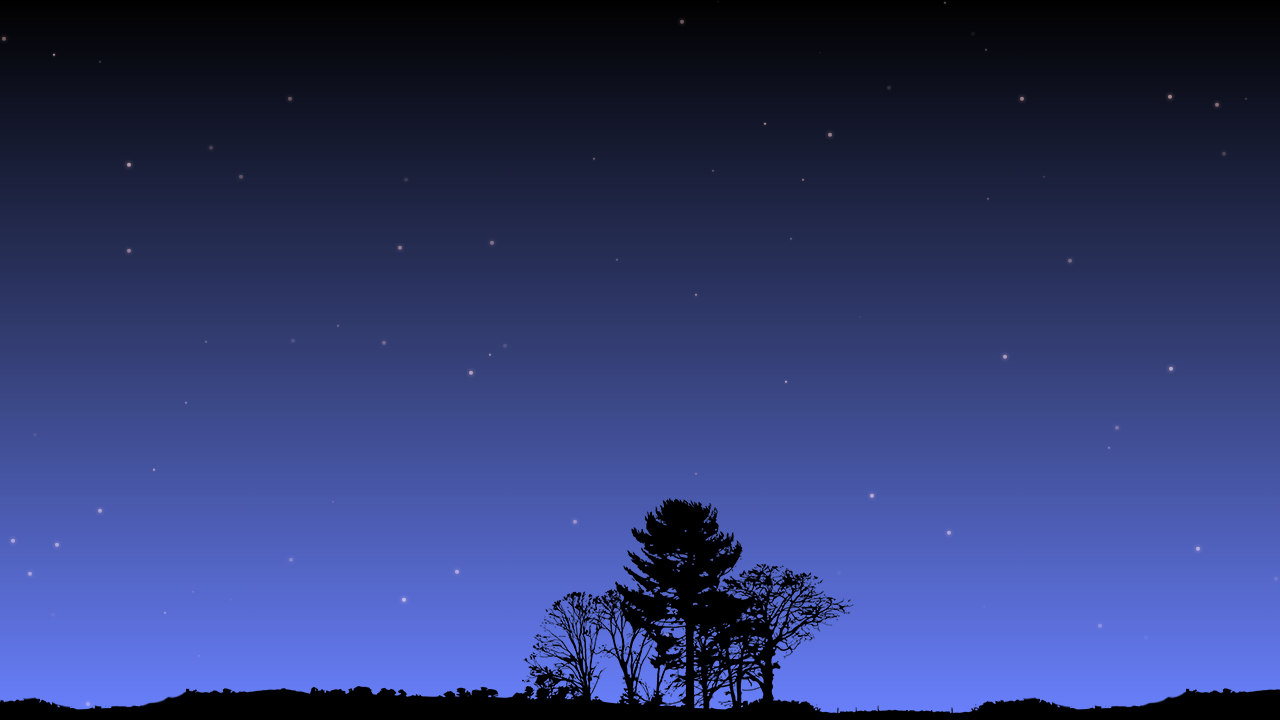
Repository: TiffanyDonner/animated-start-background
Page: index.html
The author's editor kept a record of every edit. The page is drawn from the files as they stood at one moment, then again after the next edit.
The browser window is 1280 px wide. The pictures show the whole page.

Above is the page before.

### index.html
<!DOCTYPE html>
<html lang="en">

<head>
  <meta charset="UTF-8">
  <title>Tiffany Donner - Entrepreneur, Sales Coach and Full Stack Developer</title>
  <link rel="stylesheet" href="https://stackpath.bootstrapcdn.com/bootstrap/4.3.1/css/bootstrap.min.css" type="text/css" />
  <link rel="stylesheet" href="./style.css">

</head>


<body>
  <!-- partial:index.partial.html -->
  <div class="landscape"></div>
  <div class="filter"></div>
  <canvas id="canvas"></canvas>
  <!-- partial -->
  <script src='https://codepen.io/Thibka/pen/ZKeddV.js'></script>
  <script src="./script.js"></script>



</body>

</html>

### script.js
function Star(id, x, y) {
	this.id = id;
	this.x = x;
	this.y = y;
	this.r = Math.floor(Math.random() * 2) + 1;
	var alpha = (Math.floor(Math.random() * 10) + 1) / 10 / 2;
	this.color = "rgba(255,255,255," + alpha + ")";
}

Star.prototype.draw = function() {
	ctx.fillStyle = this.color;
	ctx.shadowBlur = this.r * 2;
	ctx.beginPath();
	ctx.arc(this.x, this.y, this.r, 0, 2 * Math.PI, false);
	ctx.closePath();
	ctx.fill();
}

Star.prototype.move = function() {
	this.y -= .15 + params.backgroundSpeed / 100;
	if (this.y <= -10) this.y = HEIGHT + 10;
	this.draw();
}


function Dot(id, x, y, r) {
	this.id = id;
	this.x = x;
	this.y = y;
	this.r = Math.floor(Math.random() * 5) + 1;
	this.maxLinks = 2;
	this.speed = .5;
	this.a = .5;
	this.aReduction = .005;
	this.color = "rgba(255,255,255," + this.a + ")";
	this.linkColor = "rgba(255,255,255," + this.a / 4 + ")";

	this.dir = Math.floor(Math.random() * 140) + 200;
}

Dot.prototype.draw = function() {
	ctx.fillStyle = this.color;
	ctx.shadowBlur = this.r * 2;
	ctx.beginPath();
	ctx.arc(this.x, this.y, this.r, 0, 2 * Math.PI, false);
	ctx.closePath();
	ctx.fill();
}

Dot.prototype.link = function() {
	if (this.id == 0) return;
	var previousDot1 = getPreviousDot(this.id, 1);
	var previousDot2 = getPreviousDot(this.id, 2);
	var previousDot3 = getPreviousDot(this.id, 3);
	if (!previousDot1) return;
	ctx.strokeStyle = this.linkColor;
	ctx.moveTo(previousDot1.x, previousDot1.y);
	ctx.beginPath();
	ctx.lineTo(this.x, this.y);
	if (previousDot2 != false) ctx.lineTo(previousDot2.x, previousDot2.y);
	if (previousDot3 != false) ctx.lineTo(previousDot3.x, previousDot3.y);
	ctx.stroke();
	ctx.closePath();
}

function getPreviousDot(id, stepback) {
	if (id == 0 || id - stepback < 0) return false;
	if (typeof dots[id - stepback] != "undefined") return dots[id - stepback];
	else return false; //getPreviousDot(id - stepback);
}

Dot.prototype.move = function() {
	this.a -= this.aReduction;
	if (this.a <= 0) {
		this.die();
		return
	}
	this.color = "rgba(255,255,255," + this.a + ")";
	this.linkColor = "rgba(255,255,255," + this.a / 4 + ")";
	this.x = this.x + Math.cos(degToRad(this.dir)) * (this.speed + params.dotsSpeed / 100),
		this.y = this.y + Math.sin(degToRad(this.dir)) * (this.speed + params.dotsSpeed / 100);

	this.draw();
	this.link();
}

Dot.prototype.die = function() {
	dots[this.id] = null;
	delete dots[this.id];
}


var canvas = document.getElementById('canvas'),
	ctx = canvas.getContext('2d'),
	WIDTH,
	HEIGHT,
	mouseMoving = false,
	mouseMoveChecker,
	mouseX,
	mouseY,
	stars = [],
	initStarsPopulation = 80,
	dots = [],
	dotsMinDist = 2,
	params = {
		maxDistFromCursor: 50,
		dotsSpeed: 0,
		backgroundSpeed: 0
	};
//---------------------------------------Controller for speed and size
//var gui;
//gui = new dat.GUI();
//gui.add(params, 'maxDistFromCursor').min(0).max(100).step(10).name('Size');
//gui.add(params, 'dotsSpeed').min(0).max(100).step(.5).name('Speed');
//gui.add(params, 'backgroundSpeed').min(0).max(150).step(1).name('Sky speed');
//gui.open();

setCanvasSize();
init();


function setCanvasSize() {
	WIDTH = document.documentElement.clientWidth,
		HEIGHT = document.documentElement.clientHeight;

	canvas.setAttribute("width", WIDTH);
	canvas.setAttribute("height", HEIGHT);
}

function init() {
	ctx.strokeStyle = "white";
	ctx.shadowColor = "white";
	for (var i = 0; i < initStarsPopulation; i++) {
		stars[i] = new Star(i, Math.floor(Math.random() * WIDTH), Math.floor(Math.random() * HEIGHT));
		//stars[i].draw();
	}
	ctx.shadowBlur = 0;
	animate();
}

function animate() {
ctx.clearRect(0, 0, WIDTH, HEIGHT);

for (var i in stars) {
stars[i].move();
	}
for (var i in dots) {
		dots[i].move();
	}
	drawIfMouseMoving();
	requestAnimationFrame(animate);
}

window.onmousemove = function(e) {
	mouseMoving = true;
	mouseX = e.clientX;
	mouseY = e.clientY;
	clearInterval(mouseMoveChecker);
	mouseMoveChecker = setTimeout(function() {
		mouseMoving = false; //--------------stops animation when mouse exits.
	}, 100);
}


function drawIfMouseMoving() {
	if (!mouseMoving) return;

	if (dots.length == 0) {
		dots[0] = new Dot(0, mouseX, mouseY);
		dots[0].draw();
		return;
	}

	var previousDot = getPreviousDot(dots.length, 1);
	var prevX = previousDot.x;
	var prevY = previousDot.y;

	var diffX = Math.abs(prevX - mouseX);
	var diffY = Math.abs(prevY - mouseY);

	if (diffX < dotsMinDist || diffY < dotsMinDist) return;

	var xVariation = Math.random() > .5 ? -1 : 1;
	xVariation = xVariation * Math.floor(Math.random() * params.maxDistFromCursor) + 1;
	var yVariation = Math.random() > .5 ? -1 : 1;
	yVariation = yVariation * Math.floor(Math.random() * params.maxDistFromCursor) + 1;
	dots[dots.length] = new Dot(dots.length, mouseX + xVariation, mouseY + yVariation);
	dots[dots.length - 1].draw();
	dots[dots.length - 1].link();
}
//setInterval(drawIfMouseMoving, 17);

//-------------------------------------------stopped star animation. No movement on screen.
function degToRad(deg) {
	return deg * (Math.PI / 180);
}

Loaded but not shown: style.css (library)

After the next edit:
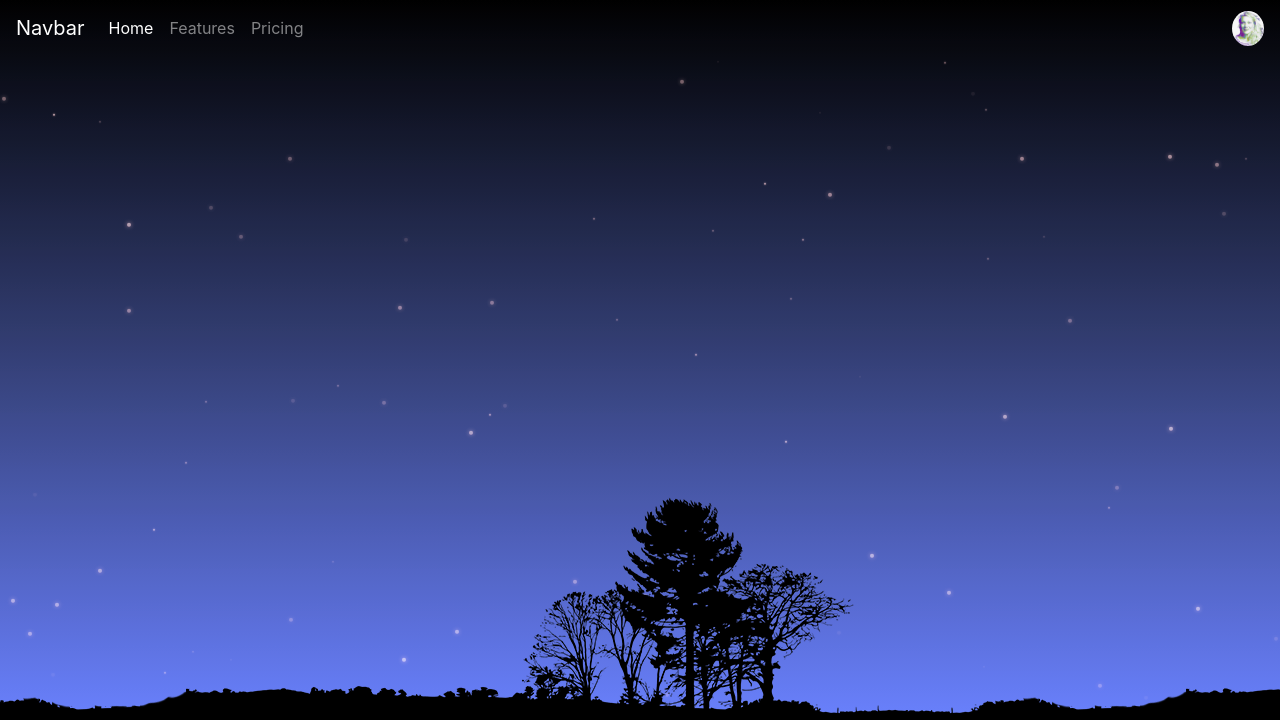
The edit:
--- a/index.html
+++ b/index.html
@@ -9,8 +9,38 @@
 
 </head>
 
-
 <body>
+  <!--Navbar -->
+  <nav class="mb-1 navbar navbar-expand-lg navbar-dark orange lighten-1">
+    <a class="navbar-brand" href="#">Navbar</a>
+    <button class="navbar-toggler" type="button" data-toggle="collapse" data-target="#navbarSupportedContent-555" aria-controls="navbarSupportedContent-555" aria-expanded="false" aria-label="Toggle navigation">
+    <span class="navbar-toggler-icon"></span>
+  </button>
+    <div class="collapse navbar-collapse" id="navbarSupportedContent-555">
+      <ul class="navbar-nav mr-auto">
+        <li class="nav-item active">
+          <a class="nav-link" href="#">Home
+          <span class="sr-only">(current)</span>
+        </a>
+        </li>
+        <li class="nav-item">
+          <a class="nav-link" href="#">Features</a>
+        </li>
+        <li class="nav-item">
+          <a class="nav-link" href="#">Pricing</a>
+        </li>
+      </ul>
+      <ul class="navbar-nav ml-auto nav-flex-icons">
+        <li class="nav-item avatar">
+          <a class="nav-link p-0" href="#">
+          <img src="images/IMG_3399 (1).jpg" class="rounded-circle z-depth-0"
+            alt="avatar image" height="35">
+        </a>
+        </li>
+      </ul>
+    </div>
+  </nav>
+  <!--/.Navbar -->
   <!-- partial:index.partial.html -->
   <div class="landscape"></div>
   <div class="filter"></div>
